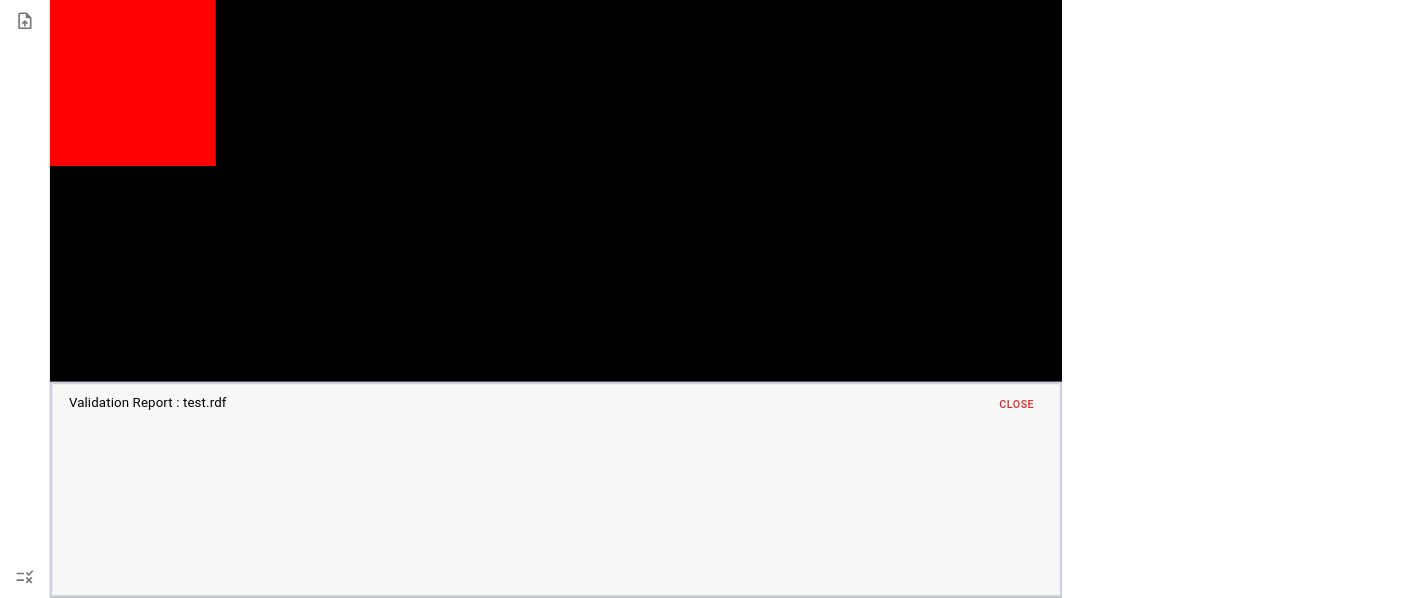
Repository: imark00/sbolInsight_frontend
Page: /, after clicking the first element matching `div.MuiPaper-root > :nth-child(2)`
These files come from the project's save history. The page is drawn as it stood at one moment and after the next save; the edit follows.
The browser window is 1280 px wide. The page is 1280 px wide, then 1694 px, then 1280 px, so the pictures cover 1694 px, including what lies to the right of the window. The pictures show the whole page, at 83% of full size.
The project was rebuilt for these pictures with package versions that can differ from the ones it lists, and the page was loaded fresh each time. Also part of the build but not shown: src/App.css.

Above is the page before, as saved 2024-08-19 16:36:34.

### src/App.js
import './App.css';
import SBOLInsightPage from './sbolInsight';

function App() {
  return (
    <SBOLInsightPage />
  );
}

export default App;

### src/sbolInsight.js
import React, { useState } from "react";
import { Drawer, Box, IconButton, Typography, Modal, Button, Divider } from "@mui/material";
import UploadFileIcon from '@mui/icons-material/UploadFile';
import RuleOutlinedIcon from '@mui/icons-material/RuleOutlined';
import { useDropzone } from 'react-dropzone'
import { List, ListItem, ListItemIcon, ListItemText } from '@mui/material';
import InsertDriveFileOutlinedIcon from '@mui/icons-material/InsertDriveFileOutlined';
import axios from "axios";
import './App.css';
import CytoscapeComponent from 'react-cytoscapejs';


const drawerWidth = "60px"

// function timeout(delay) {
//     return new Promise(res => setTimeout(res, delay));
// }

const SBOLInsightPage = () => {

    const [openVModal, setOpenVModal] = useState(false);
    const openValidationModal = () => setOpenVModal(true);
    const closeValidationModal = () => setOpenVModal(false);

    const [testData, setTestData] = useState('');

    const [open, setOpen] = useState(false);
    const openUploadFileModal = () => setOpen(true);
    const closeUploadFileModal = () => setOpen(false);

    const { acceptedFiles, getRootProps, getInputProps } = useDropzone({
        maxFiles: 1, accept: {
            'application/rdf+xml': ['.rdf'],
            'text/turtle': ['.ttl'],
        }
    });
    const files = acceptedFiles.map(file => (
        <ListItem
            key={file.path}
        >
            <ListItemIcon>
                <InsertDriveFileOutlinedIcon />
            </ListItemIcon>
            <ListItemText primary={file.path} />
        </ListItem>
    ));

    // const [uploadProgress, setUploadProgress] = useState(0);


    const graphData = {
        "elements": {
            "nodes": [
                {
                    "id": "n1",
                    "name": "col1",
                    "uri": "https://sbolstandard.org/examples/col1"
                },
                {
                    "id": "n2",
                    "name": "TetR_protein",
                    "uri": "https://sbolstandard.org/examples/TetR_protein"
                },
                {
                    "id": "n3",
                    "name": "LacI_protein",
                    "uri": "https://sbolstandard.org/examples/LacI_protein"
                },
                {
                    "id": "n4",
                    "name": "examples",
                    "uri": "https://sbolstandard.org/examples"
                },
                {
                    "id": "n5",
                    "name": "Collection",
                    "uri": "http://sbols.org/v3#Collection"
                },
                {
                    "id": "n6",
                    "name": "https://identifiers.org/SBO:0000252",
                    "uri": "https://identifiers.org/SBO:0000252"
                },
                {
                    "id": "n7",
                    "name": "GO:0003700",
                    "uri": "GO:0003700"
                },
                {
                    "id": "n8",
                    "name": "LacI",
                    "uri": "LacI"
                },
                {
                    "id": "n9",
                    "name": "LacI protein",
                    "uri": "LacI protein"
                },
                {
                    "id": "n10",
                    "name": "Component",
                    "uri": "http://sbols.org/v3#Component"
                },
                {
                    "id": "n11",
                    "name": "https://identifiers.org/GO:0003700",
                    "uri": "https://identifiers.org/GO:0003700"
                },
                {
                    "id": "n12",
                    "name": "TetR",
                    "uri": "TetR"
                },
                {
                    "id": "n13",
                    "name": "TetR protein",
                    "uri": "TetR protein"
                }
            ],
            "edges": [
                {
                    "id": "e1",
                    "label": "member",
                    "source": "n1",
                    "target": "n2"
                },
                {
                    "id": "e2",
                    "label": "member",
                    "source": "n1",
                    "target": "n3"
                },
                {
                    "id": "e3",
                    "label": "hasNamespace",
                    "source": "n1",
                    "target": "n4"
                },
                {
                    "id": "e4",
                    "label": "displayId",
                    "source": "n1",
                    "target": "n1"
                },
                {
                    "id": "e5",
                    "label": "type",
                    "source": "n1",
                    "target": "n5"
                },
                {
                    "id": "e6",
                    "label": "type",
                    "source": "n3",
                    "target": "n6"
                },
                {
                    "id": "e7",
                    "label": "role",
                    "source": "n3",
                    "target": "n7"
                },
                {
                    "id": "e8",
                    "label": "name",
                    "source": "n3",
                    "target": "n8"
                },
                {
                    "id": "e9",
                    "label": "hasNamespace",
                    "source": "n3",
                    "target": "n4"
                },
                {
                    "id": "e10",
                    "label": "displayId",
                    "source": "n3",
                    "target": "n3"
                },
                {
                    "id": "e11",
                    "label": "description",
                    "source": "n3",
                    "target": "n9"
                },
                {
                    "id": "e12",
                    "label": "type",
                    "source": "n3",
                    "target": "n10"
                },
                {
                    "id": "e13",
                    "label": "type",
                    "source": "n2",
                    "target": "n6"
                },
                {
                    "id": "e14",
                    "label": "role",
                    "source": "n2",
                    "target": "n11"
                },
                {
                    "id": "e15",
                    "label": "name",
                    "source": "n2",
                    "target": "n12"
                },
                {
                    "id": "e16",
                    "label": "hasNamespace",
                    "source": "n2",
                    "target": "n4"
                },
                {
                    "id": "e17",
                    "label": "displayId",
                    "source": "n2",
                    "target": "n2"
                },
                {
                    "id": "e18",
                    "label": "description",
                    "source": "n2",
                    "target": "n13"
                },
                {
                    "id": "e19",
                    "label": "type",
                    "source": "n2",
                    "target": "n10"
                }
            ]
        },
        "status": "success"
    }

    const elements = [
        { data: { id: 'one', label: 'Node 1' }, position: { x: 0, y: 0 } },
        { data: { id: 'two', label: 'Node 2' }, position: { x: 100, y: 0 } },
        { data: { source: 'one', target: 'two', label: 'Edge from Node1 to Node2' } }
    ];

    const message = "Could not validate the SBOL document:\r\nsbol3-11804 - If the hasParticipation properties of an Interaction refer to one or more Participation objects, and one of the type properties of this Interaction comes from Table 11, then the Participation objects SHOULD have a role from the set of role properties that is cross listed with this type in Table 12.,\r\n\tValue: [https://identifiers.org/SBO:0000019],\r\n\tProperty: components[5].interactions[0].hasParticipation[https://sbolstandard.org/examples/TetR_producer/Interaction2/Participation2].role,\r\n\tEntity URI: https://sbolstandard.org/examples/TetR_producer/Interaction2,\r\n\tEntity Type: class org.sbolstandard.core3.entity.Interaction\r\n\r\nsbol3-11902 - The Feature referenced by the participant property of a Participation MUST be contained by the Component that contains the Interaction that contains the Participation.,\r\n\tChild Entity URI: https://sbolstandard.org/examples/TetR_producer/SubComponent9,\r\n\tChild Entity Type: class org.sbolstandard.core3.entity.SubComponent,\r\n\tProperty: components[16].hasInteraction[https://sbolstandard.org/examples/LacI_producer/Interaction4].hasParticipation[https://sbolstandard.org/examples/LacI_producer/Interaction4/Participation3].participant,\r\n\tEntity URI: https://sbolstandard.org/examples/LacI_producer,\r\n\tEntity Type: class org.sbolstandard.core3.entity.Component\r\n\r\nsbol3-11804 - If the hasParticipation properties of an Interaction refer to one or more Participation objects, and one of the type properties of this Interaction comes from Table 11, then the Participation objects SHOULD have a role from the set of role properties that is cross listed with this type in Table 12.,\r\n\tValue: [https://identifiers.org/SBO:0000019],\r\n\tProperty: components[16].interactions[0].hasParticipation[https://sbolstandard.org/examples/LacI_producer/Interaction3/Participation2].role,\r\n\tEntity URI: https://sbolstandard.org/examples/LacI_producer/Interaction3,\r\n\tEntity Type: class org.sbolstandard.core3.entity.Interaction"


    const testAPI = async () => {
        try {
            let response = await fetch("http://localhost:8080/api/test")
            if (response.status === 200) {
                let data = await response.json()
                setTestData(data)
            }
        } catch (error) {
            console.error('Error:', error)
        }
    }
    // useEffect(() => { testAPI() }, [])

    const getGraphData = async () => {
        try {
            const url = "http://localhost:8080/api/graph-data"
            const formData = new FormData();
            formData.append('file', acceptedFiles[0]);
            const config = {
                headers: {
                    'content-type': 'multipart/form-data',
                },
                // onUploadProgress: function (progressEvent) {
                //     const percentCompleted = Math.round((progressEvent.loaded * 100) / progressEvent.total);
                //     setUploadProgress(percentCompleted);
                // }
            }
            let response = await axios.post(url, formData, config)
            console.log(response)
        } catch (error) {
            console.error('Error:', error)
        }
    }


    function showValiationModal() {
        openVModal ? closeValidationModal() : openValidationModal()
    }

    function submitFile(event) {
        event.preventDefault()
        closeUploadFileModal()
        getGraphData()
    }


    return (
        <Box
            sx={{ display: 'flex' }}
        >
            {/* Drawer */}
            <Drawer
                sx={{
                    width: drawerWidth,
                    flexShrink: 0,
                    '& .MuiDrawer-paper': {
                        width: drawerWidth,
                        boxSizing: 'border-box',
                        padding: '5px',
                        display: 'flex',
                        flexDirection: 'column',
                        justifyContent: 'space-between',
                    },
                }}
                variant="permanent"
                anchor="left"
            >
                <IconButton
                    onClick={openUploadFileModal}
                >
                    <UploadFileIcon />
                </IconButton>

                <IconButton
                    onClick={showValiationModal}
                >
                    <RuleOutlinedIcon />
                </IconButton>
            </Drawer>

            <Box
                sx={{
                    position: 'relative',
                    width: "100vw", height: "100vh",
                    backgroundColor: 'black',
                }}>
                <Box
                    sx={{
                        width: 200,
                        height: 200,
                        backgroundColor: 'red',
                        position: 'absolute',
                        top: 0,
                        left: 0,
                    }}
                />
                {openVModal ?
                    <Box
                        sx={{
                            width: "100%",
                            height: "260px",
                            backgroundColor: '#F8F8F8',
                            position: 'absolute',
                            bottom: 0,
                            right: 0,
                            border: '3px solid #CBD0DC',
                            boxSizing: "border-box",
                            padding: "10px 20px 20px 20px",
                        }}
                    >
                        <Box
                            sx={{
                                display: 'flex',
                                flexDirection: 'row',
                                justifyContent: 'space-between',
                            }}
                        >
                            <Typography>
                                Validation Report : test.rdf
                            </Typography>

                            <Button
                                variant="text"
                                size="small"
                                color="error"
                                onClick={showValiationModal}
                                sx={{ letterSpacing: "0.04em" }}
                            >
                                Close
                            </Button>

                            {/* <Typography id="message" sx={{ whiteSpace: "pre-line" }}  >
                            {message}
                        </Typography> */}

                            {/* <div className="validationContainer">

                                <div className="validationText">
                                    {message}
                                </div>
                            </div> */}
                        </Box>
                    </Box>
                    : null
                }
            </Box>

            {/* // Upload file modal */}
            <Modal
                open={open}
                onClose={closeUploadFileModal}
                aria-labelledby="modal-modal-title"
                aria-describedby="modal-modal-description"
                slotProps={{
                    backdrop: {
                        style: {
                            backgroundColor: 'transparent',
                            boxShadow: 'none'
                        }
                    }
                }}

            >
                <Box
                    sx={{
                        position: "absolute",
                        top: "50%",
                        left: "50%",
                        transform: "translate(-50%, -50%)",
                        width: "475px",
                        bgcolor: "background.paper",
                        boxShadow: 24,
                        borderRadius: "23px",
                    }}
                >
                    <Box
                        sx={{
                            display: 'flex',
                            flexDirection: 'row',
                            justifyContent: 'space-between',
                            paddingLeft: '11px',
                            paddingRight: '7px',
                            paddingTop: '7px',
                            paddingBottom: '2px',
                        }}
                    >
                        <Typography
                            fontSize={"19px"}
                            letterSpacing={"0.02em"}
                        >
                            Upload SBOL File
                        </Typography>

                        <Button
                            variant="text"
                            size="small"
                            color="error"
                            onClick={closeUploadFileModal}
                            sx={{ letterSpacing: "0.04em" }}
                        >
                            Close
                        </Button>
                    </Box>
                    <Divider
                        sx={{
                            borderBottomWidth: '2px',
                            borderColor: "#CBD0DC"
                        }}
                    />

                    <Box
                        sx={{
                            paddingTop: "45px",
                            paddingLeft: "25px",
                            paddingRight: "25px",
                            paddingBottom: "16px",
                            textAlign: "center",
                        }}
                    >
                        <Box
                            sx={{
                                border: "2px dashed #CBD0DC",
                                borderRadius: "14px",
                                height: "100px",
                                marginBottom: "20px",
                                width: "100%",
                                flexDirection: 'column',
                                justifyContent: 'center',
                                display: 'flex',
                            }}
                            {...getRootProps({ className: 'dropzone' })}
                        >
                            <input {...getInputProps()} />
                            <Box >
                                <Typography
                                    color={"#292D32"}
                                    fontSize={"15px"}
                                    letterSpacing={"0.04em"}
                                >
                                    Choose a file or drap and drop it here
                                </Typography>

                                <Typography
                                    color={"#A9ACB4"}
                                    fontSize={"12px"}
                                    letterSpacing={"0.04em"}
                                >
                                    RDF/XML, Turtle, N-Triples, and JSON-LD formats, up to 25MB
                                </Typography>
                            </Box>
                        </Box>

                        {/* <progress value={uploadProgress} max="100"></progress> */}

                        <List>{files}</List>

                        <Button
                            variant="contained"
                            sx={{
                                borderRadius: "11px",
                                width: "168px",
                                backgroundColor: "#084BCF",
                            }}
                            disabled={files.length === 0}
                            onClick={submitFile}
                        >
                            Submit
                        </Button>
                    </Box>



                </Box>
            </Modal>
        </Box>
    );
}

export default SBOLInsightPage;

Loaded but not shown: public/index.html (common file); src/index.js (common file); src/index.css (common file); src/reportWebVitals.js (common file)

After the next save:
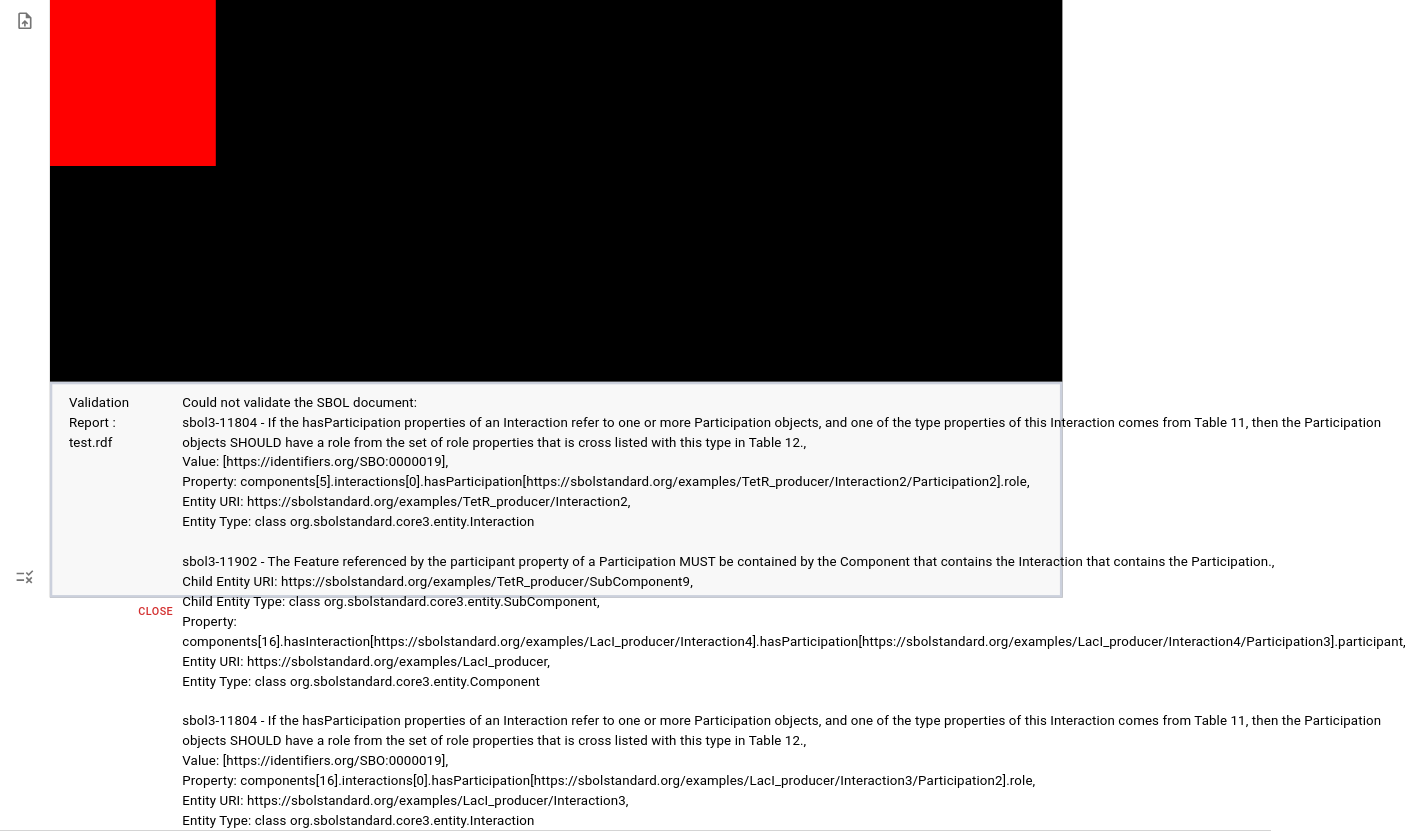
Saved 8 s later.
--- a/src/sbolInsight.js
+++ b/src/sbolInsight.js
@@ -377,9 +377,9 @@
                                 Close
                             </Button>
 
-                            {/* <Typography id="message" sx={{ whiteSpace: "pre-line" }}  >
-                            {message}
-                        </Typography> */}
+                            <Typography id="message" sx={{ whiteSpace: "pre-line" }}  >
+                                {message}
+                            </Typography>
 
                             {/* <div className="validationContainer">
 

After the save that followed:
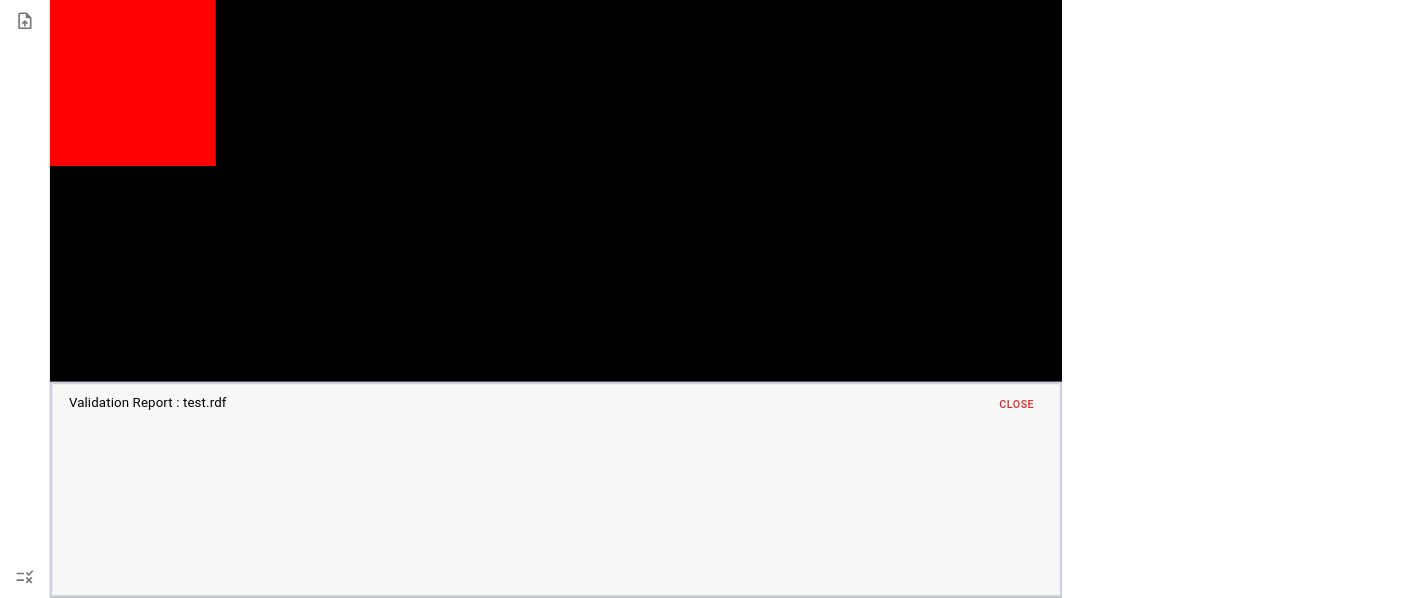
Saved 7 s later.
--- a/src/sbolInsight.js
+++ b/src/sbolInsight.js
@@ -377,9 +377,9 @@
                                 Close
                             </Button>
 
-                            <Typography id="message" sx={{ whiteSpace: "pre-line" }}  >
+                            {/* <Typography id="message" sx={{ whiteSpace: "pre-line" }}  >
                                 {message}
-                            </Typography>
+                            </Typography> */}
 
                             {/* <div className="validationContainer">
 
